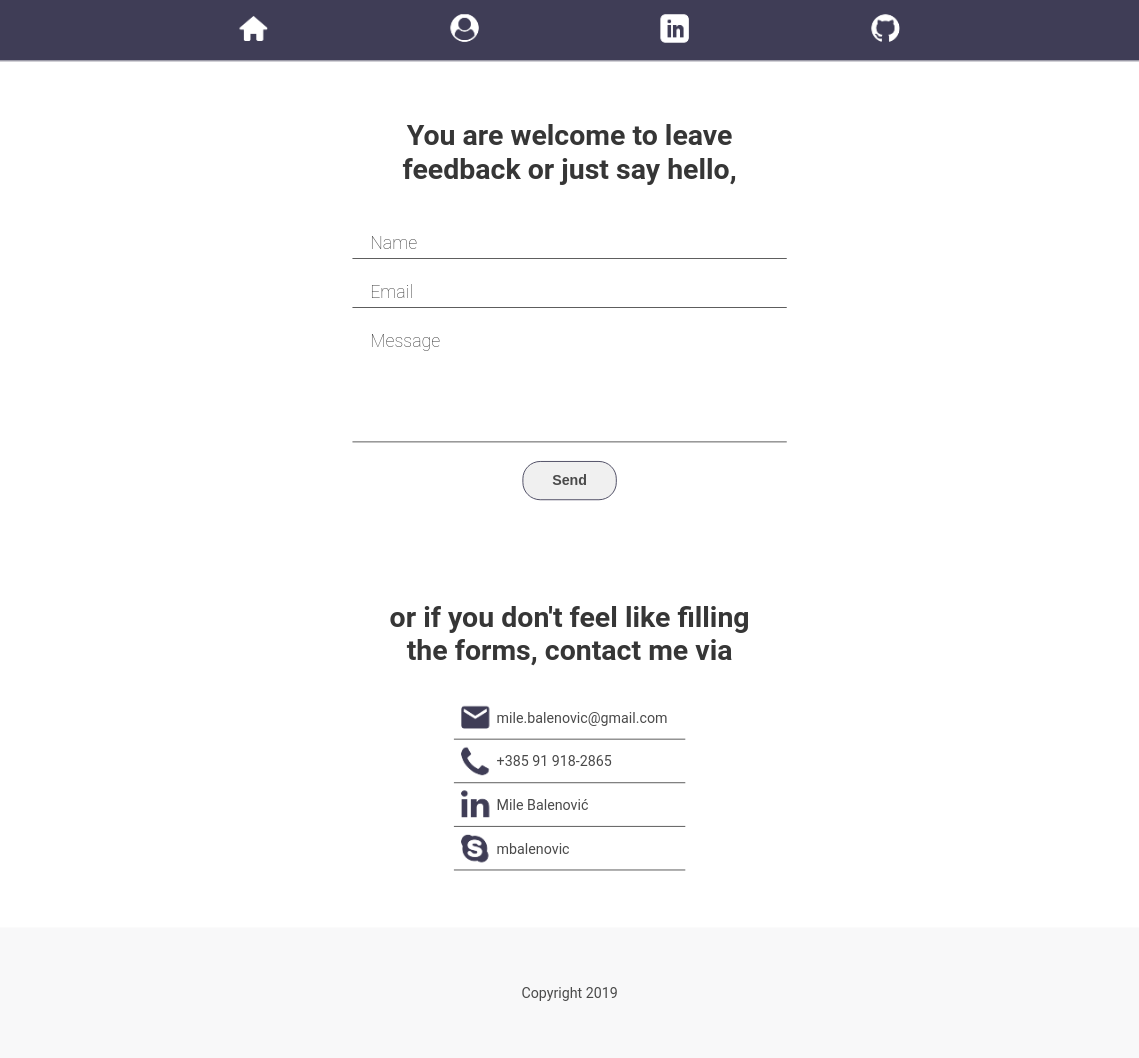
Repository: milac0/my-website
Page: /contact
An editor plug-in stored every save of this project. The page is shown before and after the next save, followed by the edit.
The browser window is 1280 px wide. The pictures show the whole page, at 89% of full size.
The project was rebuilt for these pictures with package versions that can differ from the ones it lists, and the page was loaded fresh each time. Also part of the build but not shown: src/components/Hero.js, src/components/AboutMe.js, src/components/Education.js, src/components/Experience.js, src/components/Projects.js, src/components/SectionCTA.js, src/pages/Home.js. Imported but missing from the stored project, and not drawn on this page: src/resume.pdf.

Above is the page before, as saved 2019-10-24 14:16:08.

### public/index.html
<!DOCTYPE html>
<html lang="en">
  <head>
    <meta charset="utf-8" />
    <link rel="icon" href="%PUBLIC_URL%/favicon.ico" />
    <meta name="viewport" content="width=device-width, initial-scale=1" />
    <meta name="theme-color" content="#000000" />
    <meta
      name="description"
      content="Web site created using create-react-app"
    />
    <!--
      manifest.json provides metadata used when your web app is installed on a
      user's mobile device or desktop. See https://developers.google.com/web/fundamentals/web-app-manifest/
    -->
    <link rel="manifest" href="%PUBLIC_URL%/manifest.json" />
    <!--
      Notice the use of %PUBLIC_URL% in the tags above.
      It will be replaced with the URL of the `public` folder during the build.
      Only files inside the `public` folder can be referenced from the HTML.

      Unlike "/favicon.ico" or "favicon.ico", "%PUBLIC_URL%/favicon.ico" will
      work correctly both with client-side routing and a non-root public URL.
      Learn how to configure a non-root public URL by running `npm run build`.
    -->
    <title>Mile Balenovic</title>
  </head>
  <body>
    <noscript>You need to enable JavaScript to run this app.</noscript>
    <div id="root"></div>
    <!--
      This HTML file is a template.
      If you open it directly in the browser, you will see an empty page.

      You can add webfonts, meta tags, or analytics to this file.
      The build step will place the bundled scripts into the <body> tag.

      To begin the development, run `npm start` or `yarn start`.
      To create a production bundle, use `npm run build` or `yarn build`.
    -->
  </body>
</html>

### src/index.css
html, body {
  height: 100%;
}

body {
  display: flex;
  flex-direction: column;
}

body {
  margin: 0;
  font-family: 'Roboto', sans-serif;
  -webkit-font-smoothing: antialiased;
  -moz-osx-font-smoothing: grayscale;
}

/*****
  Navbar & Hero
*****/

header,
.hero {
  /* background: #1f2e3f; */
  /* background: #19427A; */
  background:#3F3D56;
  border-bottom: 0.1px solid #ffffff;
  text-align: center;
}

.hero {
  margin-bottom: 2em;
}

.container {
  width: 90%;
  max-width: 1200px;
  margin: 0 auto;
}

nav li {
  list-style: none;
  display: flex;
  justify-content: space-evenly;
  align-items: center;
}

.nav-item:hover {
  filter: invert(0.1);
}
nav ul {
  padding: 0;
}

.hero {
  margin-bottom: 2.5em;
}

.hero-profile {
  padding: 3em 0;
}

.hero-profile img {
  margin-bottom: 0.5em;
}

.hero-profile-title,
.hero-profile-subtitle {
  color: #ffffff;
}

.hero-profile h1 {
  margin: 0;
  font-size: 2rem;
}

.hero-profile p {
  font-size: 1rem;
  margin: 0;
  margin-top: -0.25rem;
  margin-bottom: 1.5em;
}

.hero-profile-subtitle strong {
  font-weight: 700;
  color: #61dafb;
}

.button-cta,
.button-home {
  /* background: #F16334; */
  background: #00AEA0;
  color: #1f2e3f;
  padding: 0.75em 2em;
  border: none;
  border-radius: 20px;
  font-size: 1rem;
  font-weight: 700;
  text-decoration: none;
}

.button-cta:hover,
.button-cta:focus {
  /* background: #ed4d1c; */
  background: #00C1B1;
  color: #1f2e3f;
  cursor: pointer;
}

.button-home {
  background: #ffffff;
  border: 2px solid #1f2e3f;
  padding: 0.3em 1em;
}

.button-home:hover,
.button-home:focus {
  border: 2px solid #ffffff;
 filter: invert(0.1);
}


/*****
  Typography
*****/

h1 {
  color: #363636;
}

h2 {
  color: #363636;
  font-size: 1.5rem;
  font-weight: 500;
  margin: 0;
}

p,
ul {
  color: #4a4a4a;
}

.section-skill h2 {
  color: #1F2E3F;
  font-size: 1.25rem;
  font-weight: 400;
  margin: 0;
}

.section-body {
  font-size: 1rem;
  margin-bottom: 1em;
}

#section-cta .section-title,
#section-cta .section-body {
  color: #ffffff;

}

/*****
  Layout
*****/
section {
  margin-bottom: 2.5em;
}

.section-title {
  border-bottom: 2px solid #F8F8F9;
  font-size: 2rem;
  padding-bottom: 0.5em;
}

.article-education,
.section-skill {
  box-shadow: 2px 2px #F8F8F9;
  border: 2px solid #F8F8F9;
  /* background: #fafafa; */
  margin-bottom: 1em;
  padding: 0.5em;
}

.article-education li{
  margin-bottom: 0.5em;
}

.section-skill {
  background: #F8F8F9;
  text-align: center;
}

.section-skill p {
  margin: 0;
}

.section-skill-image {
  display: block;
  margin: 0 auto 1em auto;
  width: 70%;
}

article {
  background: #F8F8F9;
  padding: 1em;
  margin-bottom: 1em;
}

article h2 {
  margin-bottom: 0.5em;
}

.project-image {
  display: block;
  width: 100%;
  cursor: pointer;
  border-left: 1px solid #19427A;
  border-bottom: 1px solid #19427A;
  border-radius: 0 0 0 5px;
}

.project-image:hover {
  filter: invert(0.1);
}


#section-cta {
  padding-bottom: 5em;
  background: #3F3D56;
}

#section-cta{
  text-align: center;
  padding: 0.5em;
}

#section-cta .button-cta {
  margin: 1em 0 2em 0;
}

footer {
  background: #F8F8F9;
  padding: 3em 0;
  width: 100%;
  text-align: center;
  flex-shrink: 0;
}

.invalid-feedback {
  color: #D8000C;
  font-size: 0.75rem;
  font-family: 'Roboto', sans-serif;
}

### src/App.js
import React from 'react';
import {
  BrowserRouter as Router,
  Switch,
  Route,
} from "react-router-dom";
import Home from './pages/Home'
import Contact from './pages/Contact';

function App() {
  return (
      <Router>
        <Switch>
        <Route path ="/" exact component={Home} />
        <Route path ="/contact" component={Contact} />
        </Switch>
      </Router>

  );
}

export default App;

### src/pages/Contact.js
import React, { Fragment } from "react";
import Navbar from "../components/Navbar";
import Footer from "../components/Footer";
import FormContact from '../components/FormContact'
import styles from "./contact.module.css";

import skypeIcon from "../images/skype.png";
import mailIcon from "../images/mail.png";
import linkedinIcon from "../images/linkedin-contact.png";
import phoneIcon from "../images/phone.png";

const Contact = () => {
  return (
    <Fragment>
      <Navbar />
      <main>
        <div className={styles.container}>
            <h1 className={styles.contactTitle}>
              You are welcome to leave feedback or just say hello,
            </h1>
          <section>
            <FormContact />
          </section>
          <section className={styles.otherContacts}>
            <h1 className={styles.contactTitle}>or if you don't feel like filling the forms, contact me via</h1>
            <ul className={styles.contacts}>
              <li>
                <a className={styles.contactItem} href="mailto:mile.balenovic@gmail.com?Subject=Hello">
                  <img src={mailIcon} alt="github" />
                  <span className={styles.contactBody}>mile.balenovic@gmail.com</span>
                </a>
              </li>
              <li>
                <a className={styles.contactItem} href="tel:00385919182865">
                  <img src={phoneIcon} alt="phone" />
                  <span className={styles.contactBody}>+385 91 918-2865</span>
                </a>
              </li>
              <li>
                <a className={styles.contactItem} href="https://www.linkedin.com/in/mile-balenovi%C4%87-a4ab9188/">
                  <img src={linkedinIcon} alt="linkedin" />
                  <span className={styles.contactBody}>Mile Balenović</span>
                </a>
              </li>
              <li>
                <a className={styles.contactItem} href="skype:mbalenovic?chat">
                  <img src={skypeIcon} alt="skype" />
                  <span className={styles.contactBody}>mbalenovic</span>
                </a>
              </li>
            </ul>
          </section>
        </div>
      </main>
      <Footer />
    </Fragment>
  );
};

export default Contact;

### src/components/Navbar.js
import React from "react";
import { Link } from 'react-router-dom'

import resumeIcon from "../images/resume.png";
import linkedinIcon from "../images/linkedin.png";
import githubIcon from "../images/github.png";
import homeIcon from "../images/home.png";
import resumePdf from "../resume.pdf";

//mui
import Tooltip from "@material-ui/core/Tooltip";

const Navbar = ({ showHome }) => {
  return (
    <header>
      <div className="container">
        <nav>
          <li>
          <ul>
              <Tooltip title="Home">
                <Link to="/">
                  <img className="nav-item" src={homeIcon} alt="home" />
                </Link>
              </Tooltip>
            </ul>
            <ul>
              <Tooltip title="Resume">
                <a href={resumePdf} download target="_self">
                  <img className="nav-item" src={resumeIcon} alt="resume" />
                </a>
              </Tooltip>
            </ul>
            <ul>
              <Tooltip title="Linkedin">
                <a href="https://www.linkedin.com/in/mile-balenovi%C4%87-a4ab9188/">
                  <img className="nav-item" src={linkedinIcon} alt="linkedin" />
                </a>
              </Tooltip>
            </ul>
            <ul>
              <Tooltip title="Github">
                <a href="https://github.com/milac0">
                  <img className="nav-item" src={githubIcon} alt="github" />
                </a>
              </Tooltip>
            </ul>
          </li>
        </nav>
      </div>
    </header>
  );
};

export default Navbar;

### src/components/Footer.js
import React from 'react';

const Footer = () => {
    return (
        <footer>
        <p> Copyright 2019</p>
     </footer>
    );
};

export default Footer;

### src/components/FormContact.js
import React, { useState, Fragment } from 'react';
import { Formik, Form, Field, ErrorMessage } from 'formik';
import * as Yup from 'yup';
import emailjs from 'emailjs-com'

import styles from './formContact.module.css'

const FormContact = ({ theme }) => {
    const [description, setDescription] = useState('')
    const [loading, setLoading] = useState(false)

    return (
        <Formik
                initialValues={{
                    name: '',
                    message: '',
                    email: ''
                }}
                validationSchema={Yup.object().shape({
                    name: Yup.string()
                        .required('Name is required'),
                    message: Yup.string()
                        .required('Message is required'),
                    email: Yup.string()
                        .email('Email is invalid')
                        .required('Email is required')
                })}
                onSubmit={({name, message, email }, { resetForm}) => {
                    setLoading(true)
                    emailjs.send('gmail_mile_balenovic', 'template_kfALJkSq', {name, email, message}, process.env.REACT_APP_API_KEY)
                    .then(response => {
                        if(response.status === 200) {
                            setLoading(false)
                            setDescription(`Hear you soon!`)
                            resetForm()
                        } else {
                            setLoading(true)
                            setDescription(`Something went wrong. Try contacts bellow!`)
                        }
                    })
                    .catch(err => console.log(err))
                }}
                render={({ errors, status, touched }) => (
                    <Fragment>
                        <Form>
                        <div className="form-group">
                            <Field name="name" placeholder="Name" type="text" className={'form-control' + (errors.name && touched.name ? ' is-invalid' : '')} />
                            <ErrorMessage name="name" component="div" className="invalid-feedback" />
                        </div>
                        <div className="form-group">
                            <Field name="email" placeholder="Email" type="text" className={'form-control' + (errors.email && touched.email ? ' is-invalid' : '')} />
                            <ErrorMessage name="email" component="div" className="invalid-feedback" />
                        </div>
                        <div className="form-group">
                            <Field name="message" placeholder="Message" type="text" component="textarea" rows="5" className={'form-control' + (errors.message && touched.message ? ' is-invalid' : '')} />
                            <ErrorMessage name="message" component="div" className="invalid-feedback" />
                        </div>

                        <div className="form-group">
                            <button type="submit" className={styles.buttonSubmit}>{loading ? 'Sending...' : 'Send'}</button>
                        </div>
                    </Form>
                    <p className={styles.description}>{description}</p>
                    </Fragment>
                )}
            />
    )
}
export default FormContact;

### src/pages/contact.module.css
span {
    color: #4a4a4a;
    font-size: 1rem;
}

.container {
    width: 90%;
    max-width: 560px;
    margin: 0 auto;
    text-align: center;
}

.contacts {
    list-style: none;
    padding-left: 0;
    width: 260px;
    margin: 0 auto 4em auto;
}

.contactItem {
    text-decoration: none;
    padding: 0.5em;
    display: flex;
    justify-content: flex-start;
    align-items: center;
    border-bottom: 1px solid #4a4a4a;
}

.contactTitle {
    margin: 2em;
    margin-bottom: 1em;
}

.contactBody {
    padding: 0 0.5em;
}

.otherContacts .contactTitle {
    margin-top: 3em;
    font-size: 2rem;
}

### src/components/formContact.module.css
.buttonSubmit {
    position: relative;
    margin: 1em;
    border-radius: 5px;
    background: #F0F0F0;
    color: #4a4a4a;
    padding: 0.75em 2em;
    border: 1px solid #3F3D56;
    border-radius: 20px;
    font-size: 1rem;
    font-weight: 700;
    text-decoration: none;
}

.buttonSubmit:hover,
.buttonSubmit:focus {
    color: #ffffff;
    cursor: pointer;
    background: #3F3D56;
}

input, textarea {
    max-width: 480px;
    width: 80%;
    display: block;
    padding: 1em;
    padding-bottom: 0.25em;
    margin: 0.25em auto;
    border: none;
    border-bottom: 1px solid #4a4a4a;
    resize: none;
}

input[type=text],
textarea[type=text] {
    color: #363636;
    font-size: 1.25rem;
    font-weight: 400;
    font-family: 'Roboto', sans-serif;
}

input::placeholder,
textarea::placeholder {
    color: #363636;
    font-size: 1.25rem;
    font-weight: 200;
    font-family: 'Roboto', sans-serif;
}

.description {
    color: #363636;
    font-size: 1.25rem;
    font-weight: 700;
    margin: 0;
}

.progress {
    position: absolute;
    background: #ffffff;
}

Loaded but not shown: src/index.js (common file)

After the next save:
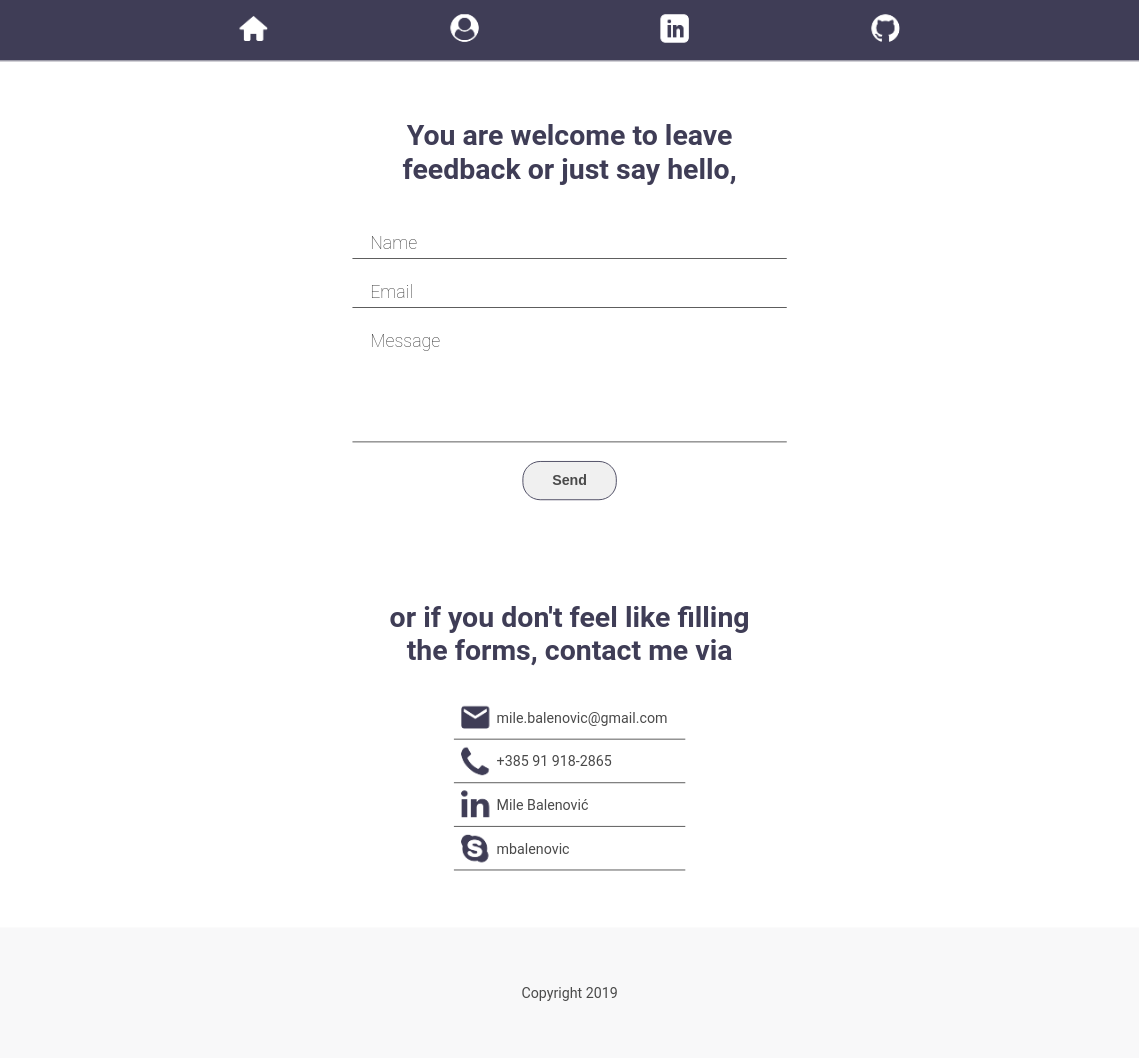
Saved 3 min 9 s later.
--- a/src/index.css
+++ b/src/index.css
@@ -124,11 +124,11 @@ nav ul {
 *****/
 
 h1 {
-  color: #363636;
+  color: #3F3D56;
 }
 
 h2 {
-  color: #363636;
+  color: #3F3D56;
   font-size: 1.5rem;
   font-weight: 500;
   margin: 0;
